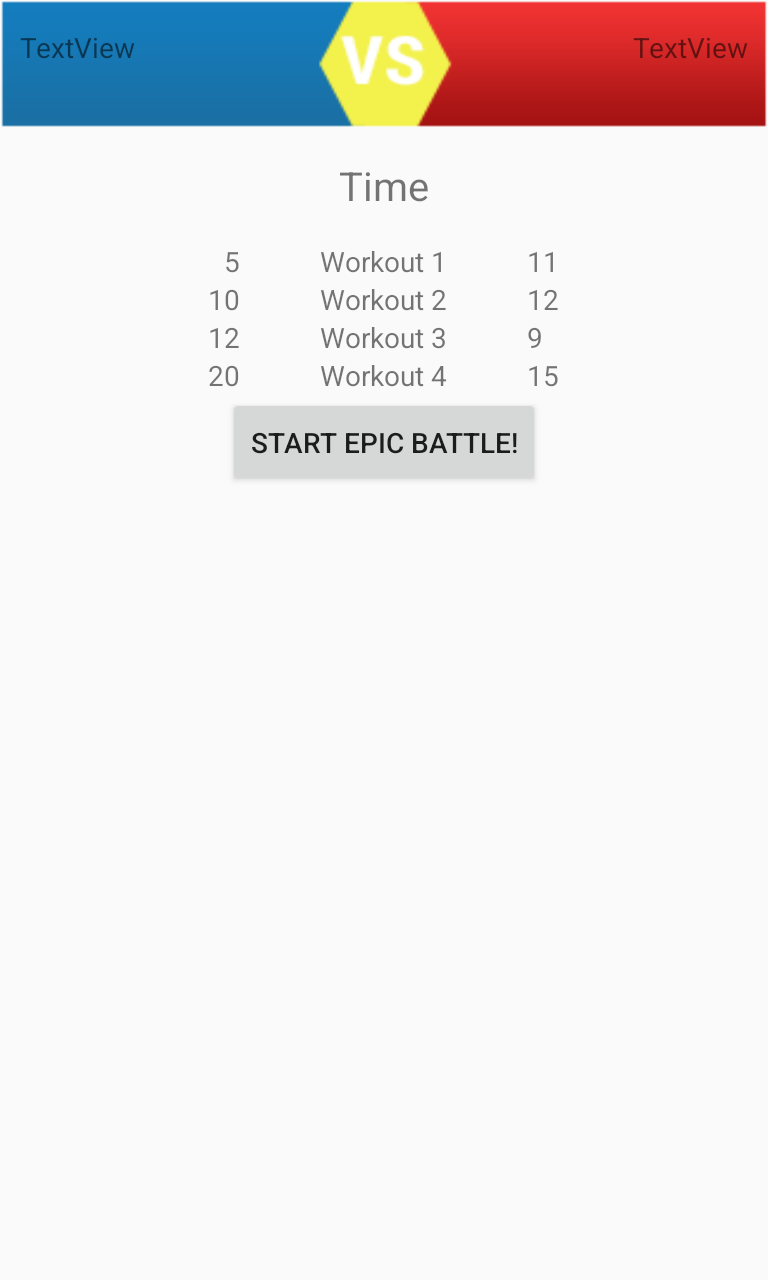
Repository: hackathon-2014/devdroid-repo
Layout: HealthyCompetition/res/layout/battlefield_layout.xml
The author's editor kept a copy of each file at every save. The layout is drawn from the files as they stood at one save, then again after the next save.
It is drawn on a 768 x 1280 px phone screen (xhdpi) without system bars, with theme AppTheme; the app's code is not run.

Above is the layout before, as saved 2014-08-23 20:00:52.

After the next save:
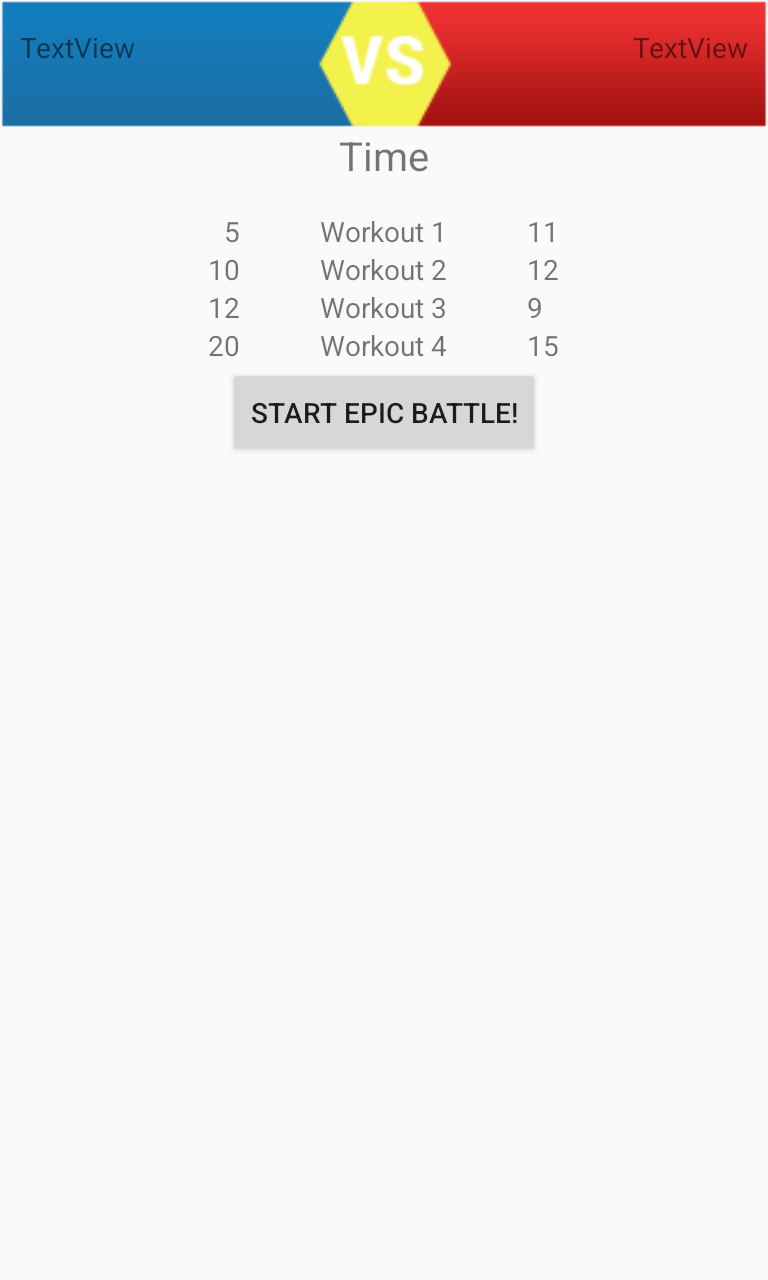
Saved 11 s later.
--- a/HealthyCompetition/res/layout/battlefield_layout.xml
+++ b/HealthyCompetition/res/layout/battlefield_layout.xml
@@ -21,7 +21,7 @@
             android:layout_height="wrap_content"
             android:layout_below="@+id/versus_image"
             android:layout_centerHorizontal="true"
-            android:layout_marginTop="15dp"
+
             android:text="Time"
             android:textSize="20dp" />
 
